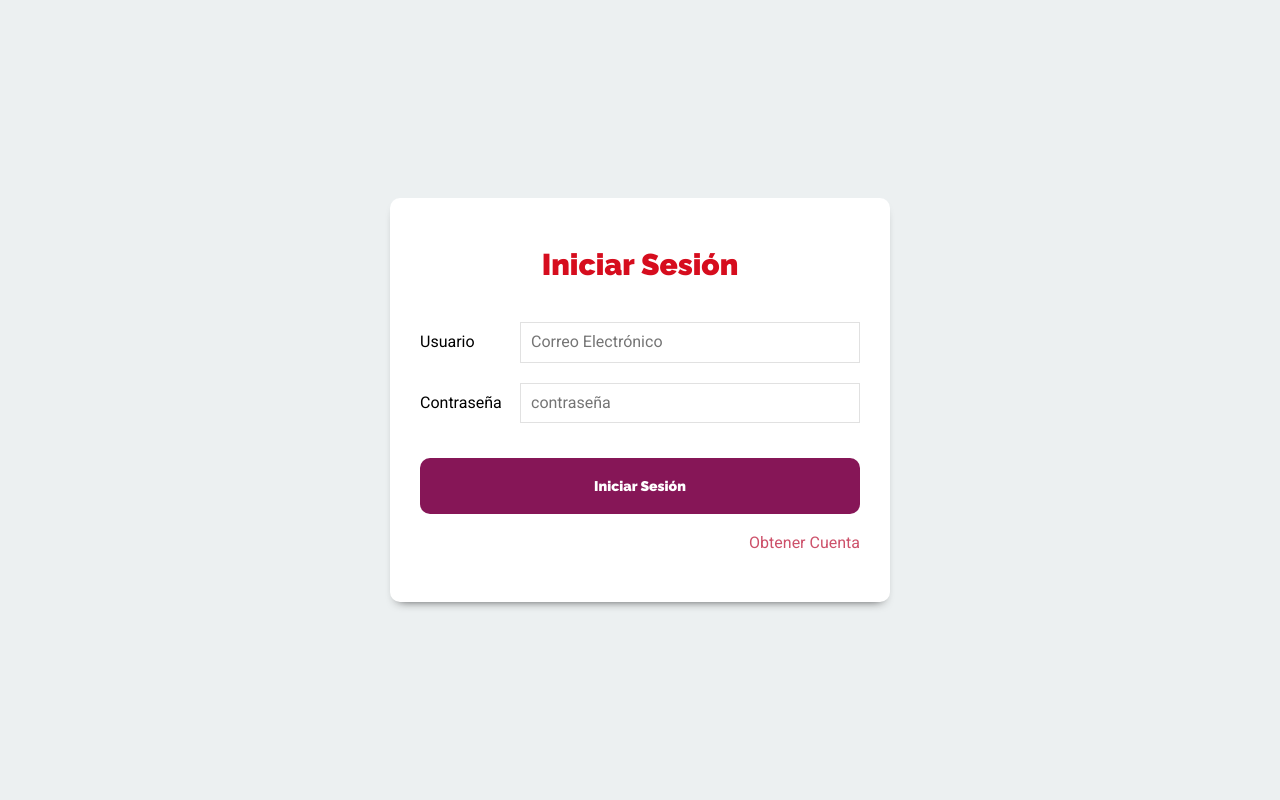
Repository: andrescovarrubias/admin-proyectos
Page: / (app in cliente/)
These files come from the project's save history. The page is drawn as it stood at one moment and after the next save; the edit follows.
The browser window is 1280 px wide. The pictures show the whole page.
The project was rebuilt for these pictures with package versions that can differ from the ones it lists, and the page was loaded fresh each time. Also part of the build but not shown: cliente/src/components/auth/NuevaCuenta.jsx, cliente/src/components/proyectos/NuevoProyecto.jsx, cliente/src/components/layout/SideBar.jsx, cliente/src/components/proyectos/Proyectos.jsx.

Above is the page before, as saved 2020-10-31 17:34:32.

After the next save:
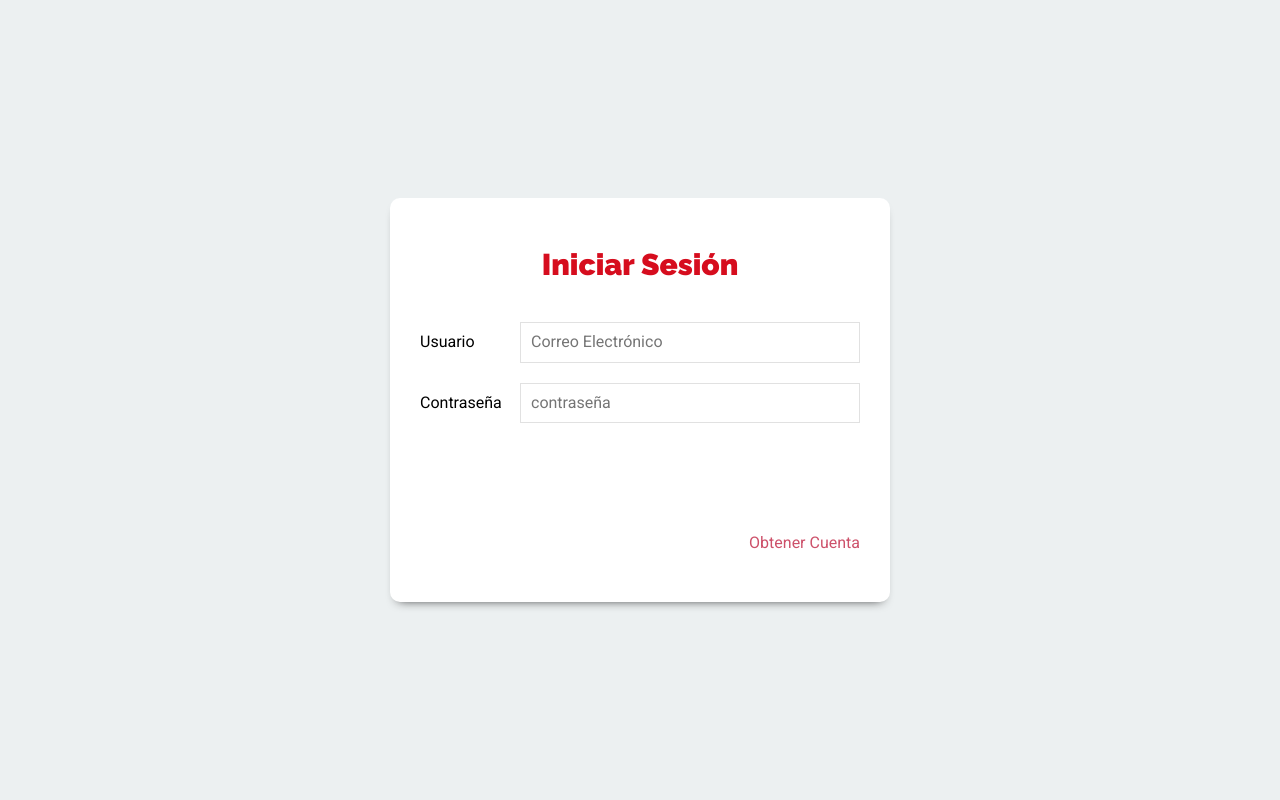
Saved 17 s later.
--- a/cliente/src/index.css
+++ b/cliente/src/index.css
@@ -73,11 +73,11 @@ a {
   cursor: pointer;
 }
 .btn-primario {
-  background-color: var(--morado2);
+  background-color: var(--gris3);
   color: var(--blanco);
 }
 .btn-primario:hover {
-  background: var(--morado1);
+  background: var(--);
 }
 .btn-secundario {
   background-color: var(--rojo2);
